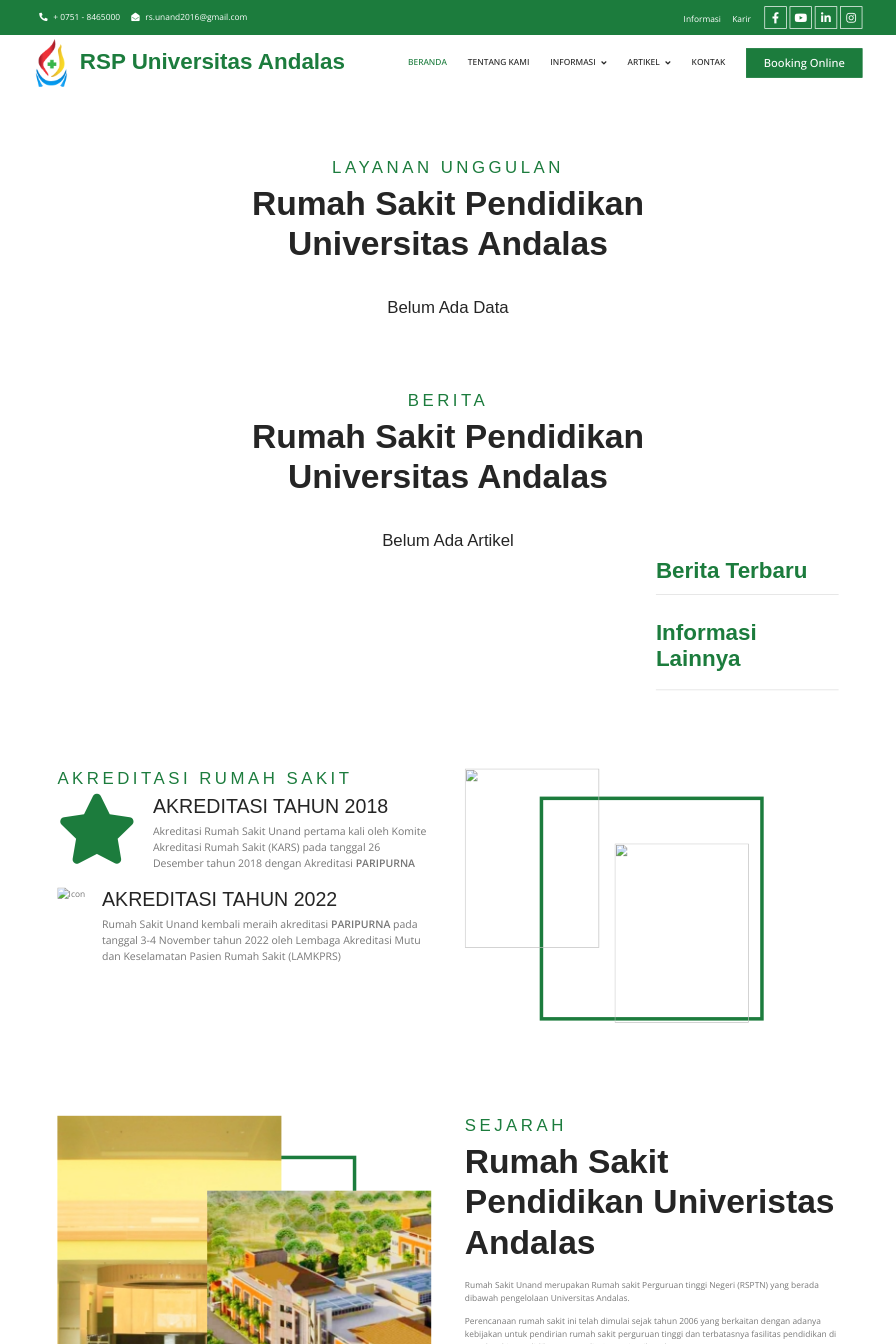
Repository: vivin-erialis/rsunand-site
Page: http://localhost/
An editor plug-in stored every save of this project. The page is shown before and after the next save, followed by the edit.
The browser window is 1280 px wide. The pictures show the part of the page from y = 0 to 1920 px (the page is 3111 px tall), at 70% of full size.
Some web fonts or font styles are not loaded; a fallback is used. Some web libraries are served in a nearby version. The page is served by the project's Laravel application, run on PHP 8.4 with Laravel 12. Queries for data that is not in the repository find no rows.

Above is the page before, as saved 2024-06-10 08:21:18.
Console error: TypeError: Cannot read properties of undefined (reading 'version')

After the next save:
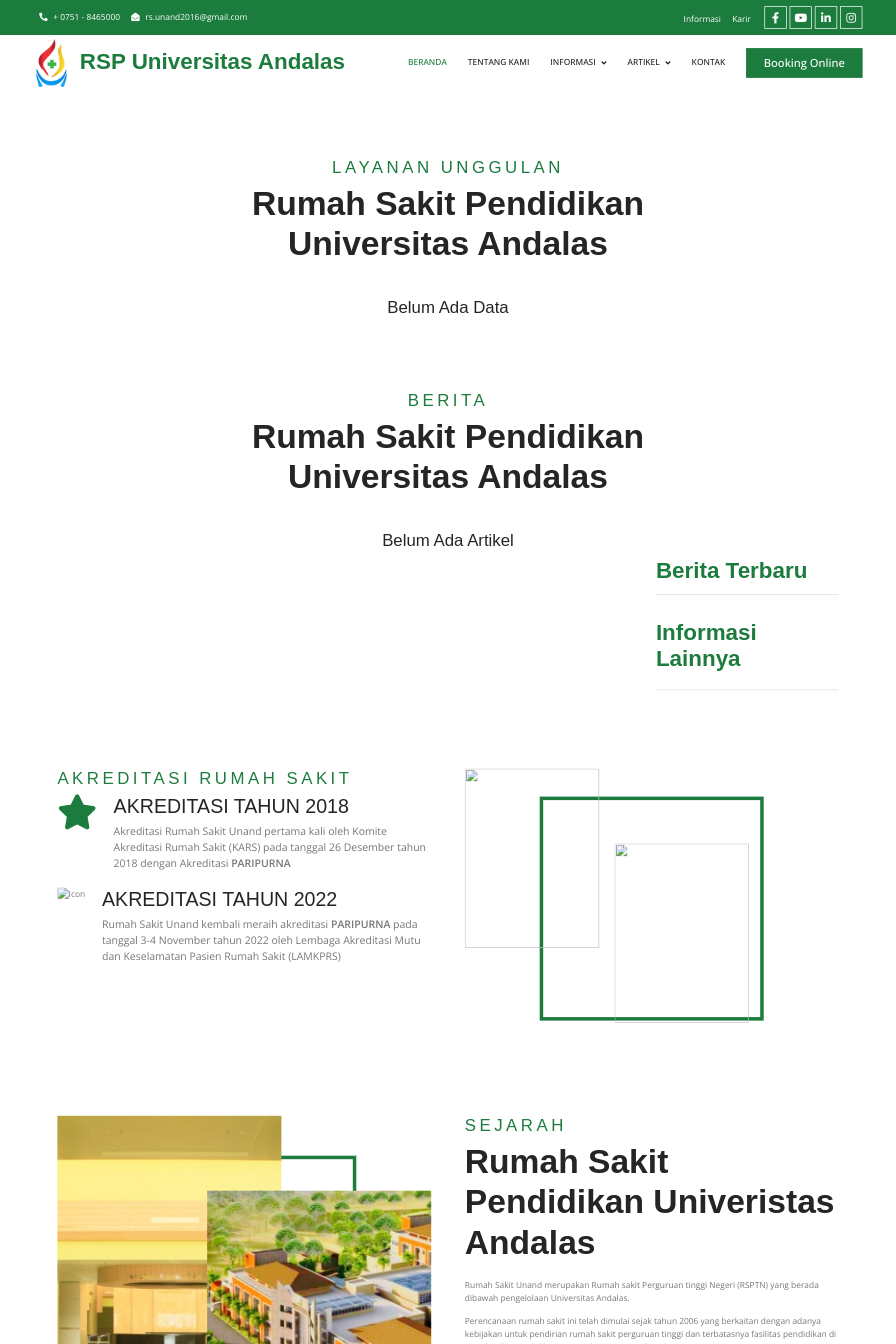
Saved 14 s later.
--- a/resources/views/Frontend/home.blade.php
+++ b/resources/views/Frontend/home.blade.php
@@ -267,7 +267,7 @@
                     <div class="row g-4">
                         <div class="col-12">
                             <div class="d-flex align-items-start">
-                                <i class="fa fa-star flex-shrink-0" style="color: #1C7C3D; font-size:100px">
+                                <i class="fa fa-star flex-shrink-0" style="color: #1C7C3D; font-size:50px">
 
                                 </i>
                                 {{-- <img class="flex-shrink-0" src="img/icons/icon-2.png" alt="Icon"> --}}
